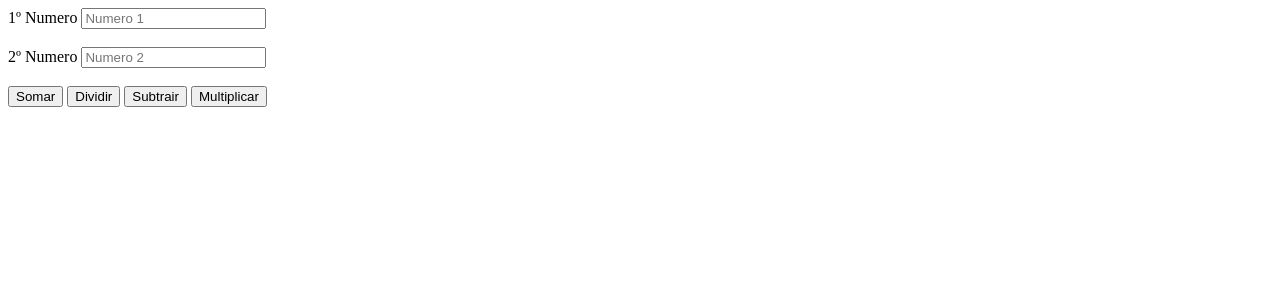
Repository: Deivisoons/spring
Page: http://localhost/Projeto_JSP/FormularioTeste.jsp
An editor plug-in stored every save of this project. The page is shown before and after the next save, followed by the edit.
The browser window is 1280 px wide. The pictures show the whole page.
The page is served by Tomcat 9.

Above is the page before, as saved 2020-02-08 17:55:22.

### Projeto JSP/WebContent/FormularioTeste.jsp
<%@ page language="java" contentType="text/html; charset=ISO-8859-1"
    pageEncoding="ISO-8859-1"%>
<!DOCTYPE html>
<html>
<head>
<meta charset="ISO-8859-1">
<title>Cadastro </title>
</head>
<body>
<form action="receberSoma.jsp" method="post">

<label>1º Numero</label>
<input type="number" name="numero1" size="30" placeholder="Numero 1">
<br><br>
<label>2º Numero</label>
<input type="number" name="numero2" size="30" placeholder="Numero 2">
<br><br>
<input type="submit" value="Somar">
<input type="submit" value="Dividir">
<input type="submit" value="Subtrair">
<input type="submit" value="Multiplicar">
</form>

</body>
</html>

After the next save:
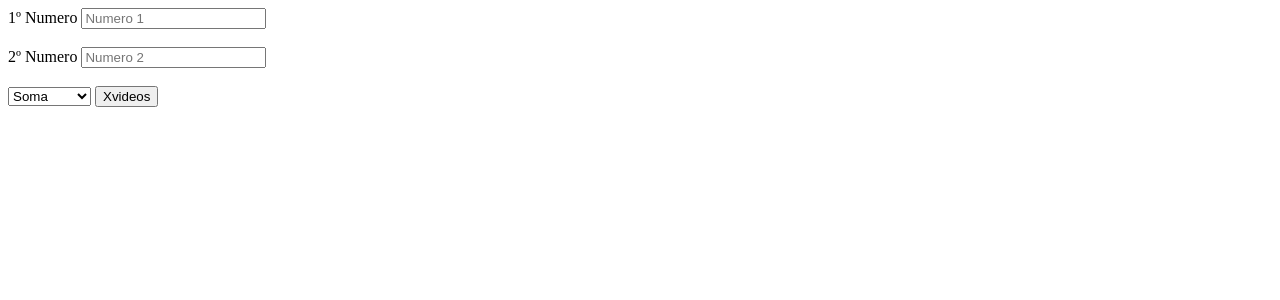
Saved 4 min 30 s later.
--- a/Projeto JSP/WebContent/FormularioTeste.jsp
+++ b/Projeto JSP/WebContent/FormularioTeste.jsp
@@ -15,10 +15,14 @@
 <label>2º Numero</label>
 <input type="number" name="numero2" size="30" placeholder="Numero 2">
 <br><br>
-<input type="submit" value="Somar">
-<input type="submit" value="Dividir">
-<input type="submit" value="Subtrair">
-<input type="submit" value="Multiplicar">
+<select>
+	<option>Soma</option>
+	<option>Subtração</option>
+	<option>Dividir</option>
+	<option>Multiplicar</option>
+</select>
+<input type="submit" value="Xvideos">
+
 </form>
 
 </body>
